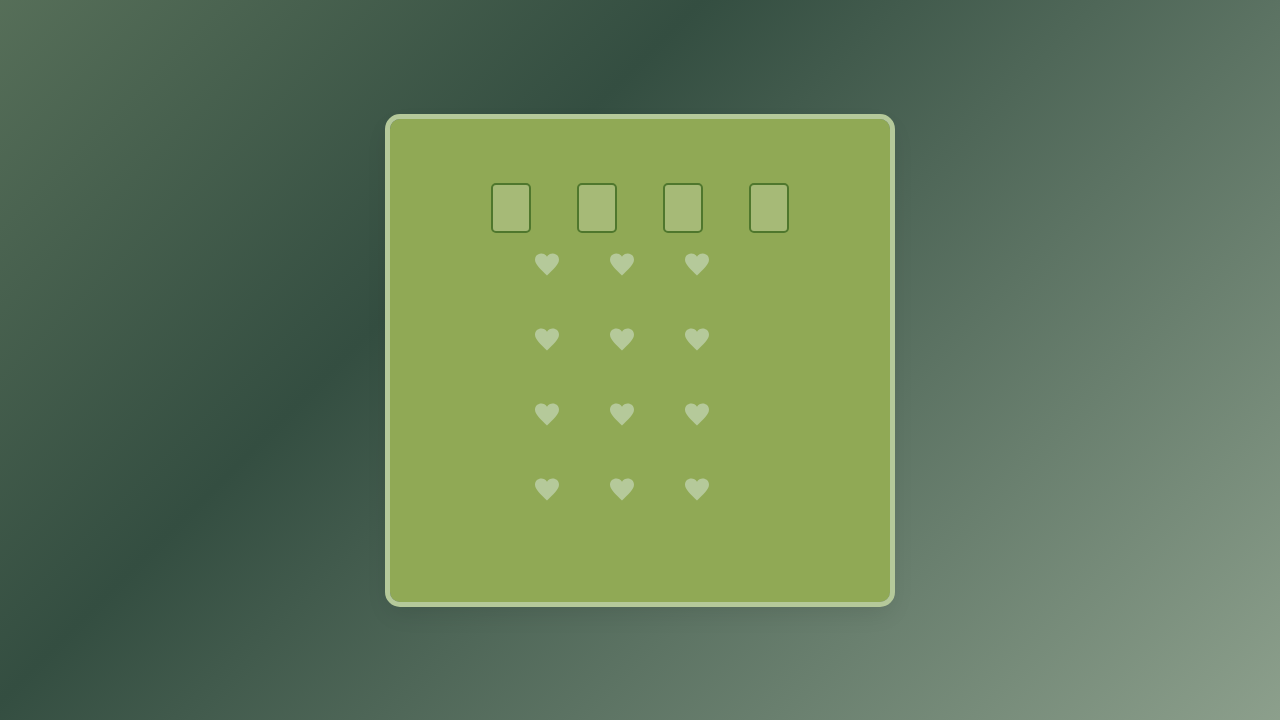
Repository: jahatesu/project-cutie
Page: index.html
An editor plug-in stored every save of this project. The page is shown before and after a run of saves, followed by the edit.
The browser window is 1280 px wide. The pictures show the whole page.
Some web libraries are served in a nearby version.

Above is the page before, as saved 2025-08-14 21:11:27.
Console error: TypeError: Cannot read properties of null (reading 'getBoundingClientRect')

After the next 3 saves:
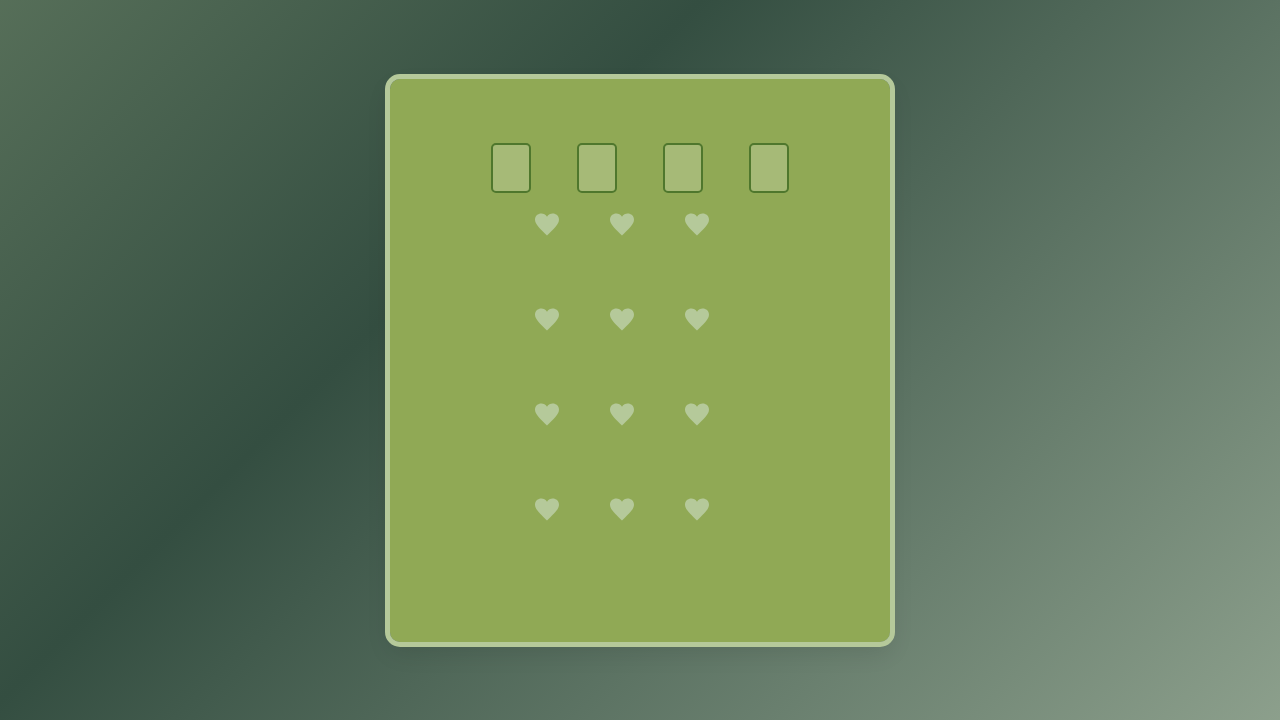
The 3 saves are shown as one change because they came seconds apart.
The last was saved 43 s later.
--- a/style.css
+++ b/style.css
@@ -80,9 +80,9 @@ body {
 
 .heart-pad button {
   position: relative;
-  width: 60px;
-  height: 60px;
-  font-size: 1.2rem;
+   width: 80px;
+  height: 80px;
+  font-size: 1.5rem;
   color: white;
   border: none;
   cursor: pointer;
